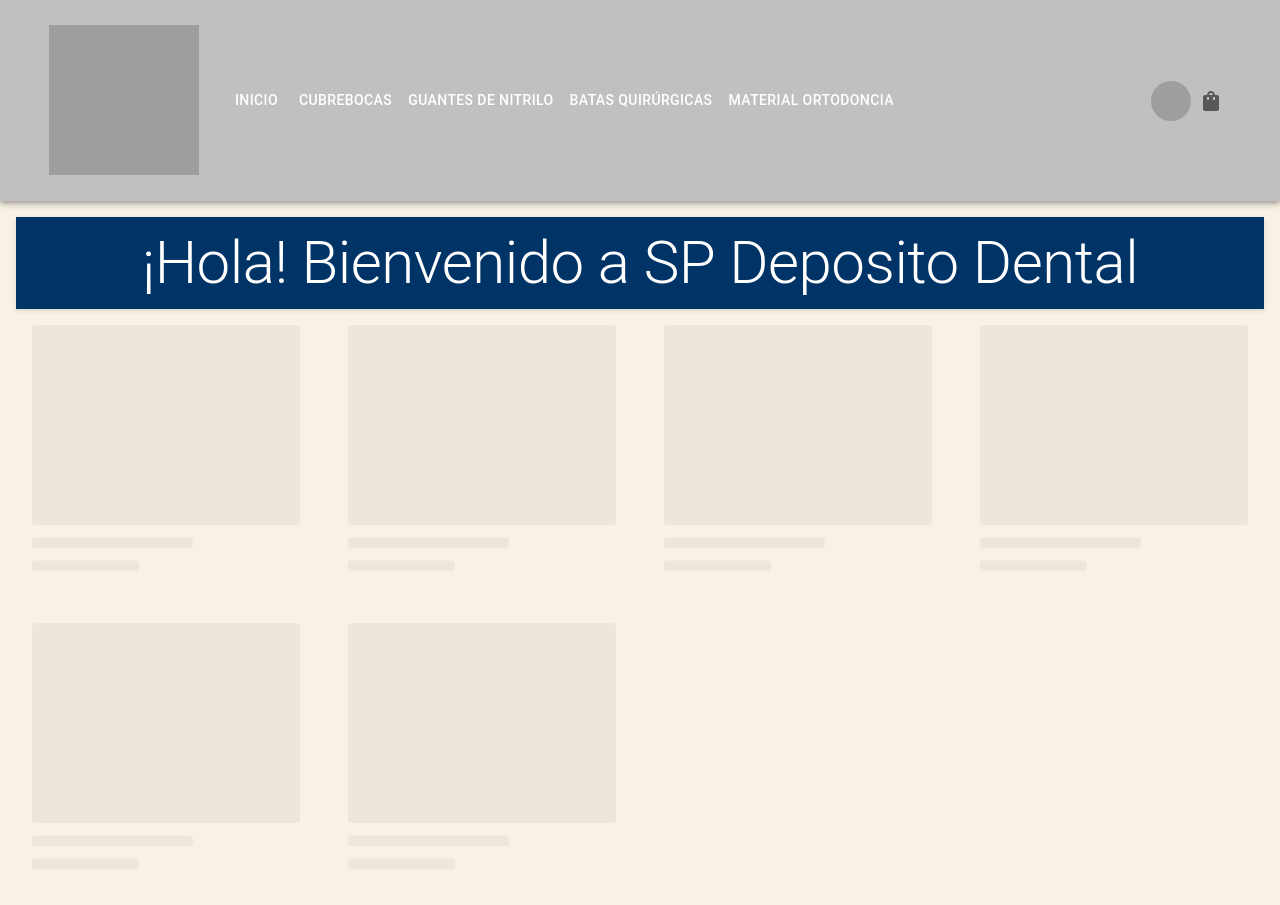
Repository: SebastianPineiro10/ecommerce-coderhouse
Page: /
The author's editor kept a copy of each file at every save. The page is drawn from the files as they stood at one save, then again after the next save.
The browser window is 1280 px wide. The pictures show the whole page.
Pictures or frames that could not be fetched are drawn as grey boxes. The page's requests for data from a server got no answer. The project was rebuilt for these pictures with package versions that can differ from the ones it lists, and the page was loaded fresh each time. No one was signed in, and anything a server would have sent is missing. Also part of the build but not shown: vite.config.js, src/components/common/card/productcard.css, src/components/common/card/ProductCard.jsx, src/components/pages/ItemListContainer/ItemList.jsx, src/components/pages/ItemDetail/ItemDetail.jsx, src/components/pages/ItemDetail/ItemDetailContainer.jsx, src/components/pages/cart/CartContainer.jsx, src/components/pages/checkout/Checkout.jsx and 1 more.

Above is the page before, as saved 2024-11-18 22:38:01.

### index.html
<!doctype html>
<html lang="en">
  <head>
    <meta charset="UTF-8" />
    <link rel="icon" type="favicon" href="/public/favicon.ico" />
    <meta name="viewport" content="width=device-width, initial-scale=1.0" />
    <title>SP Depósito Dental</title>
    <meta name="description" content="Bienvenido a SP Depósito Dental, su tienda de confianza para productos dentales." />
    <meta name="keywords" content="dental, productos dentales, tienda, e-commerce" />

  </head>
  <body>
    <div id="root"></div>
    <script type="module" src="/src/main.jsx"></script>
  </body>
</html>

### src/main.jsx
import { createRoot } from 'react-dom/client'
import App from './App.jsx'
import './index.css'


createRoot(document.getElementById("root")).render(<App />);

### src/App.jsx
import { BrowserRouter } from 'react-router-dom';
import { Routes, Route } from 'react-router-dom';
import { CartProvider } from './context/CartContext';
import NavBar from './components/layout/navbar/NavBar';
import {ItemListContainer} from './components/pages/ItemListContainer/ItemListContainer';
import ItemDetailContainer from './components/pages/ItemDetail/ItemDetailContainer';
import CartContainer from './components/pages/cart/CartContainer';
import { Toaster } from 'sonner';
import Checkout from './components/pages/checkout/Checkout';
import Brief from './components/pages/brief/Brief';


const App = () => {
  return (
    <CartProvider>
      <BrowserRouter>
      <Toaster duration={2000} richColors position="bottom-right" />
        <NavBar />
        <Routes>
          <Route
            path="/"
            element={<ItemListContainer greeting="¡Hola! Bienvenido a SP Deposito Dental" />}
          />
          <Route path="/category/:categoryId" element={<ItemListContainer greeting="¡Hola! Bienvenido a SP Deposito Dental" />} />
          <Route path="/item/:itemId" element={<ItemDetailContainer />} />
          <Route path="/cart" element={<CartContainer />} />
          <Route path="/checkout" element={<Checkout />} />
          <Route path="/brief" element={<Brief />} />
          <Route path="*" element={<h2>404 not found</h2>} />
        </Routes>
      </BrowserRouter>
    </CartProvider>
  );
};

export default App;

### src/index.css
body {
  background-color: #F8F1E5;
  margin: 0;
  font-family: 'Roboto', sans-serif;
  color: #2C3E50;
}

### src/context/CartContext.jsx
import { createContext, useState, useContext } from "react";
import PropTypes from "prop-types";
import { toast } from "sonner";

const CartContext = createContext();

export const CartProvider = ({ children }) => {
  const [cart, setCart] = useState([]);
  const [isCheckout, setIsCheckout] = useState(false);

  // Función para generar un identificador único para cada producto en el carrito
  const generateCartItemId = () => `cart-${Date.now()}-${Math.random()}`;

  // Función para agregar productos al carrito
  const addToCart = (product) => {
    // Buscar si el producto ya está en el carrito
    const existingItem = cart.find(item => item.cartItemId === product.cartItemId);

    if (existingItem) {
      // Si el producto ya existe en el carrito
      const totalQuantity = existingItem.quantity + 1; // Incrementamos la cantidad

      // Verificamos si la cantidad no excede el stock
      if (totalQuantity <= product.stock) {
        setCart(prevCart =>
          prevCart.map(item =>
            item.cartItemId === product.cartItemId
            ? { ...item, quantity: totalQuantity }
            : item
          )
        );
        toast.success(`La cantidad de ${product.title} se ha actualizado a ${totalQuantity}`);
      } else {
        // Si la cantidad excede el stock
        toast.error(`No puedes agregar más de ${product.stock} unidades de ${product.title}.`);
      }
    } else {
      // Si el producto no está en el carrito y hay stock disponible
      if (product.stock > 0) {
        const newCartItem = { ...product, cartItemId: generateCartItemId(), quantity: 1 }; // Agregamos el producto con cantidad 1
        setCart(prevCart => [...prevCart, newCartItem]);
        toast.success(`${product.title} ha sido añadido al carrito`);
      } else {
        // Si el producto está agotado
        toast.error(`El producto ${product.title} está agotado.`);
      }
    }
  };

  // Función para eliminar productos del carrito
  const removeFromCart = (cartItemId) => {
    setCart(prevCart => {
      const updatedCart = prevCart.filter(item => item.cartItemId !== cartItemId);
      toast.error("Producto eliminado del carrito");
      return updatedCart;
    });
  };

  // Función para actualizar la cantidad de un producto
  const updateQuantity = (cartItemId, quantity) => {
    if (quantity < 1) return;

    const item = cart.find(item => item.cartItemId === cartItemId);

    // Verificar si la nueva cantidad no excede el stock
    if (item && quantity <= item.stock) {
      setCart(prevCart => {
        const updatedCart = prevCart.map(item =>
          item.cartItemId === cartItemId ? { ...item, quantity } : item
        );
        toast.info("Cantidad actualizada");
        return updatedCart;
      });
    } else {
      toast.error("No puedes agregar más de lo disponible en stock.");
    }
  };

  // Función para obtener el total de la compra
  const getTotal = () => {
    return cart.reduce((total, item) => total + (item.price * item.quantity || 0), 0);
  };

  // Función para obtener la cantidad total de productos en el carrito
  const getTotalQuantity = () => {
    return cart.reduce((total, item) => total + (item.quantity || 0), 0);
  };

  // Función para vaciar el carrito
  const clearCart = () => {
    setCart([]);
    toast.success("Carrito vacío");
  };

  // Función para iniciar el proceso de checkout
  const startCheckout = () => {
    setIsCheckout(true);
  };

  // Función para resetear el estado de checkout
  const resetCheckout = () => {
    setIsCheckout(false);
  };

  return (
    <CartContext.Provider value={{
      cart,
      addToCart,
      removeFromCart,
      updateQuantity,
      getTotal,
      getTotalQuantity,
      clearCart,
      startCheckout,
      resetCheckout,
      isCheckout
    }}>
      {children}
    </CartContext.Provider>
  );
};

CartProvider.propTypes = {
  children: PropTypes.node.isRequired,
};

// Custom hook para consumir el CartContext
export const useCart = () => useContext(CartContext);

### src/components/layout/navbar/NavBar.jsx
import * as React from 'react';
import AppBar from '@mui/material/AppBar';
import Box from '@mui/material/Box';
import Toolbar from '@mui/material/Toolbar';
import IconButton from '@mui/material/IconButton';
import Typography from '@mui/material/Typography';
import Menu from '@mui/material/Menu';
import MenuIcon from '@mui/icons-material/Menu';
import Container from '@mui/material/Container';
import Avatar from '@mui/material/Avatar';
import Button from '@mui/material/Button';
import Tooltip from '@mui/material/Tooltip';
import MenuItem from '@mui/material/MenuItem';
import CartWidget from '../../common/cartWidget/Cartwidget'
import { NavLink } from 'react-router-dom';
import "./Navbar.css";

const pages = [
  { name: 'Inicio', route: '/' },
  { name: 'Cubrebocas', route: '/category/cubrebocas' },
  { name: 'Guantes de Nitrilo', route: '/category/guantes' },
  { name: 'Batas Quirúrgicas', route: '/category/batas' },
  { name: 'Material ortodoncia', route: '/category/ortodoncia'},

];
const settings = ['Mi Perfil', 'Cuenta', 'Mis Compras', 'Cerrar sesión', 'Buscar'];

function ResponsiveAppBar() {
  const [anchorElNav, setAnchorElNav] = React.useState(null);
  const [anchorElUser, setAnchorElUser] = React.useState(null);

  const handleOpenNavMenu = (event) => {
    setAnchorElNav(event.currentTarget);
  };

  const handleOpenUserMenu = (event) => {
    setAnchorElUser(event.currentTarget);
  };

  const handleCloseNavMenu = () => {
    setAnchorElNav(null);
  };

  const handleCloseUserMenu = () => {
    setAnchorElUser(null);
  };

  return (
    <AppBar position="static">
      <Container maxWidth="xl">
        <Toolbar disableGutters>
          <Box sx={{ display: 'flex', flexDirection: 'column', alignItems: 'center', mr: 3.5 }}>
            <img
              src="https://res.cloudinary.com/dcerhiol0/image/upload/v1730231790/file_9_jmsjn0.png"
              alt="Logo"
              style={{ height: '150px', marginBottom: '1px', width: '150px' }}
            />
            <Typography
              variant="caption"
              noWrap
              component={NavLink}
              to="/"
              sx={{
                fontFamily: 'monospace',
                fontWeight: 700,
                letterSpacing: '.3rem',
                color: 'inherit',
                textDecoration: 'none',
              }}
            >

            </Typography>
          </Box>


          <Box sx={{ flexGrow: 1, display: { xs: 'flex', md: 'none' }, justifyContent: 'center', gap: 5 }}>
            <IconButton
              size="large"
              aria-label="menu"
              aria-controls="menu-appbar"
              aria-haspopup="true"
              onClick={handleOpenNavMenu}
              color="inherit"
            >
              <MenuIcon />
            </IconButton>
            <Menu
              id="menu-appbar"
              anchorEl={anchorElNav}
              anchorOrigin={{ vertical: 'bottom', horizontal: 'left' }}
              keepMounted
              transformOrigin={{ vertical: 'top', horizontal: 'left' }}
              open={Boolean(anchorElNav)}
              onClose={handleCloseNavMenu}
              sx={{ display: { xs: 'block', md: 'none' } }}
            >
              {pages.map((page) => (
                <MenuItem key={page.name} onClick={handleCloseNavMenu}>
                  <Typography textAlign="center">
                    <NavLink to={page.route} style={{ textDecoration: 'none', color: 'inherit' }}>{page.name}</NavLink>
                  </Typography>
                </MenuItem>
              ))}
            </Menu>
          </Box>


          <Box sx={{ flexGrow: 1, display: { xs: 'none', md: 'flex' } }}>
            {pages.map((page) => (
              <Button
                key={page.name}
                onClick={handleCloseNavMenu}
                component={NavLink}
                to={page.route}
                sx={{ my: 2, color: 'white', display: 'block' }}
              >
                {page.name}
              </Button>
            ))}
          </Box>


          <Box sx={{ flexGrow: 0 }}>
            <Tooltip title="Abrir ajustes">
              <IconButton onClick={handleOpenUserMenu} sx={{ p: 0 }}>
                <Avatar alt="User Avatar" src="/static/images/avatar/2.jpg" />
              </IconButton>
            </Tooltip>
            <Menu
              sx={{ mt: '45px' }}
              id="menu-appbar"
              anchorEl={anchorElUser}
              anchorOrigin={{ vertical: 'top', horizontal: 'right' }}
              keepMounted
              transformOrigin={{ vertical: 'top', horizontal: 'right' }}
              open={Boolean(anchorElUser)}
              onClose={handleCloseUserMenu}
            >
              {settings.map((setting) => (
                <MenuItem key={setting} onClick={handleCloseUserMenu}>
                  <Typography textAlign="center">{setting}</Typography>
                </MenuItem>
              ))}
            </Menu>
            <CartWidget itemCount={3} />
          </Box>
        </Toolbar>
      </Container>
    </AppBar>
  );
}

export default ResponsiveAppBar;

### src/components/pages/ItemListContainer/ItemListContainer.jsx
import PropTypes from 'prop-types';
import { Skeleton, Box, Typography, Button } from "@mui/material";
import { useState, useEffect } from "react";
import { useParams } from "react-router-dom";
import { collection, getDocs, query, where, addDoc, updateDoc, doc } from "firebase/firestore";
import { db } from "../../../firebaseConfig";
import { products } from "../../../products";
import ItemList from "./ItemList";
import "./itemlistcontainer.css";

export const ItemListContainer = ({greeting}) => {
  const { categoryId } = useParams();
  const [items, setItems] = useState([]);
  const [isAdmin] = useState(false);


  useEffect(() => {
    const fetchProducts = async () => {
      const productsCollection = collection(db, "products");
      let docsRef = productsCollection;

      if (categoryId) {
        docsRef = query(productsCollection, where("category", "==", categoryId));
      }

      const querySnapshot = await getDocs(docsRef);
      const productsFromFirestore = querySnapshot.docs.map((doc) => ({
        ...doc.data(),
        id: doc.id,
      }));
      setItems(productsFromFirestore);
    };

    fetchProducts();
  }, [categoryId]);


  const uploadProductsToFirestore = async () => {
    const productsCollection = collection(db, "products");


    const querySnapshot = await getDocs(productsCollection);
    const existingProducts = querySnapshot.docs.map((doc) => ({
      ...doc.data(),
      id: doc.id,
    }));


    for (let product of products) {

      const existingProduct = existingProducts.find(
        (existing) => existing.title === product.title
      );

      if (existingProduct) {

        const productRef = doc(db, "products", existingProduct.id);
        await updateDoc(productRef, {
          ...product,
        });
        console.log(`Producto actualizado: ${product.title}`);


        product.isUploaded = true;
      } else {

        await addDoc(productsCollection, product);
        console.log(`Producto agregado: ${product.title}`);


        product.isUploaded = true;
      }
    }


    alert("Productos actualizados o agregados correctamente!");
  };

  return (
    <Box sx={{ padding: 2 }}>
      <Typography variant="h2" className="welcome-title">
        {greeting}
      </Typography>


      {isAdmin && (
        <Button
          variant="contained"
          color="primary"
          onClick={uploadProductsToFirestore}
          sx={{ marginBottom: 2 }}
        >
          Subir/Actualizar Productos en Firestore
        </Button>
      )}

      {items.length === 0 ? (
        <Box sx={{ display: "grid", gridTemplateColumns: "repeat(auto-fill, minmax(250px, 1fr))", gap: 2 }}>

          {Array.from({ length: 6 }).map((_, index) => (
            <Box key={index} sx={{ padding: 2 }}>
              <Skeleton variant="rectangular" width="100%" height={200} sx={{ borderRadius: 1 }} /> {/* Imagen */}
              <Skeleton variant="text" width="60%" sx={{ marginTop: 1 }} /> {/* Título */}
              <Skeleton variant="text" width="40%" sx={{ marginTop: 0.5 }} /> {/* Precio */}
            </Box>
          ))}
        </Box>
      ) : (
        <ItemList items={items} />
      )}
    </Box>
  );
};
ItemListContainer.propTypes = {
  greeting: PropTypes.string.isRequired,
};

export default ItemListContainer;

### src/components/common/cartWidget/Cartwidget.jsx
import { useCart } from '../../../context/CartContext';
import { Link } from 'react-router-dom';
import IconButton from '@mui/material/IconButton';
import Badge from '@mui/material/Badge';
import ShoppingBagIcon from '@mui/icons-material/ShoppingBag';

const CartWidget = () => {
  const { cart } = useCart();

  const itemCount = cart.reduce((total, item) => total + item.quantity, 0);

  return (
    <Link to="/cart" style={{ textDecoration: 'none' }}>
      <IconButton aria-label="cart">
        <Badge badgeContent={itemCount} color="secondary">
          <ShoppingBagIcon />
        </Badge>
      </IconButton>
    </Link>
  );
};

export default CartWidget;

### src/components/layout/navbar/Navbar.css
.MuiAppBar-root {
    background-color: rgb(192, 192, 192) !important;
    box-shadow: 0px 2px 10px rgba(0, 0, 0, 0.1);
    position: fixed;
    top: 0;
    left: 0;
    width: 100%;
    z-index: 1100;

  }

  .MuiToolbar-root {
    display: flex;
    justify-content: space-between;
    align-items: center;
    padding: 25px;
    min-height: 64px;
  }

  .MuiToolbar-regular {
    display: flex;
    justify-content: space-between;
  }


  .MuiButton-root {
    margin-left: 10px;
    margin-right: 10px;
    padding: 10px 16px;
    transition: background-color 0.3s ease;

  }

  .MuiButton-root:hover {
      color: navy;
  }


.MuiMenu-paper {
    background-color:  rgb(192, 192, 192)!important;
    color: white !important;
}

### src/firebaseConfig.js
import { initializeApp } from "firebase/app";
import { getFirestore } from "firebase/firestore";

const firebaseConfig = {
  apiKey: "AIzaSyC5Se1O4vN5LkJy_RH-D4cGwR73BkMs0XU",
  authDomain: "backend-ecommercecoderhouse.firebaseapp.com",
  projectId: "backend-ecommercecoderhouse",
  storageBucket: "backend-ecommercecoderhouse.firebasestorage.app",
  messagingSenderId: "500308526062",
  appId: "1:500308526062:web:fb10676cea4e305534c4ff"
};


const app = initializeApp(firebaseConfig);
export const db = getFirestore(app)

### src/components/pages/ItemListContainer/ItemListContainer.css
/* Contenedor del cuadro de bienvenida (simula el banner debajo del navbar) */
.welcome-title {
    margin-top: 0; /* Se pega al navbar */
    padding: 10px 0; /* Espaciado vertical para que no quede tan grande */
    background-color: #003366; /* Azul marino elegante */
    color: white; /* Texto blanco */
    font-family: 'Poppins', sans-serif; /* Fuente moderna */
    font-size: 1.8rem; /* Ajuste de tamaño para que sea más discreto */
    text-align: center; /* Centrado */
    font-weight: 600; /* Moderado para un texto destacado */
    border-radius: 0; /* Sin bordes redondeados para que se vea como un banner recto */
    width: 100%; /* Asegura que ocupe todo el ancho */
    box-shadow: 0 2px 4px rgba(0, 0, 0, 0.1); /* Sombra suave para darle un toque de profundidad */
    position: relative; /* Necesario para posicionar correctamente debajo del navbar */
    z-index: 10; /* Asegura que esté por encima de otros elementos */
    top: 0; /* Se pega al top */
  }

  /* Efecto de hover sutil, solo si quieres hacerlo más interactivo */
  .welcome-title:hover {
    background-color: #00509d; /* Un azul más claro al pasar el mouse */
    cursor: pointer; /* Cambia el cursor para indicar interactividad */
  }

### src/components/pages/checkout/checkout.css
.checkout-container {
    display: flex;
    flex-direction: column;
    justify-content: flex-start;
    align-items: center;
    max-width: 450px;
    margin: 50px auto;
    padding: 30px;
    background-color: #ffffff;
    border-radius: 10px;
    box-shadow: 0 10px 30px rgba(0, 0, 0, 0.1);
    width: 100%;
    box-sizing: border-box;
    transition: transform 0.3s ease-in-out, box-shadow 0.3s ease-in-out;
  }


  .checkout-container:hover {
    box-shadow: 0 10px 20px rgba(0, 0, 0, 0.25);
    transform: translateY(-1px);
  }


  h2 {
    color: #333;
    font-size: 26px;
    font-weight: 700;
    margin-bottom: 20px;
    text-align: left;
    letter-spacing: 1px;
    width: 100%;  /* Hace que el título ocupe todo el ancho del contenedor */
  }


  .checkout-form {
    display: flex;
    flex-direction: column;
    gap: 20px;
    width: 100%;
    align-items: center;
  }


  input {
    padding: 12px 15px;
    border: 1px solid #ddd;
    border-radius: 6px;
    font-size: 14px;
    width: 100%;
    max-width: 400px;
    height: 40px;
    margin-bottom: 15px;
    transition: border-color 0.3s ease-in-out;
  }


  input:focus {
    border-color: #007BFF;
    outline: none;
  }


  button {
    padding: 12px 20px;
    background-color: #007BFF;
    color: white;
    border: none;
    border-radius: 6px;
    font-size: 16px;
    cursor: pointer;
    width: auto;
    transition: background-color 0.3s ease, transform 0.3s ease-in-out;
  }


  button:hover {
    background-color: #0056b3;
    transform: translateY(-2px);
  }

  button:active {
    background-color: #003d80;
    transform: translateY(2px);
  }

Loaded but not shown: src/products.js (92 lines, source omitted)

After the next save:
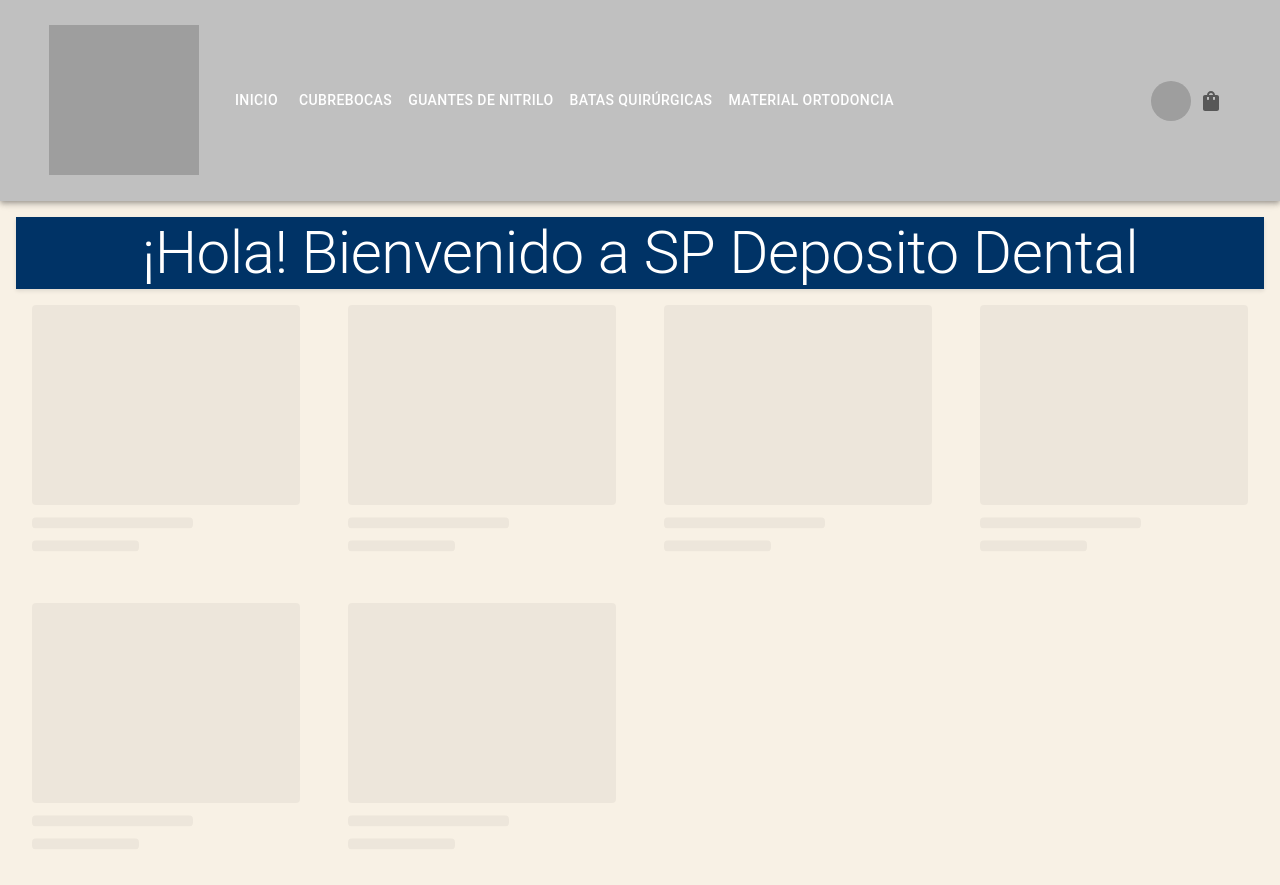
Saved 26 s later.
--- a/src/components/pages/ItemListContainer/ItemListContainer.css
+++ b/src/components/pages/ItemListContainer/ItemListContainer.css
@@ -1,7 +1,7 @@
 /* Contenedor del cuadro de bienvenida (simula el banner debajo del navbar) */
 .welcome-title {
     margin-top: 0; /* Se pega al navbar */
-    padding: 10px 0; /* Espaciado vertical para que no quede tan grande */
+     /* Espaciado vertical para que no quede tan grande */
     background-color: #003366; /* Azul marino elegante */
     color: white; /* Texto blanco */
     font-family: 'Poppins', sans-serif; /* Fuente moderna */
